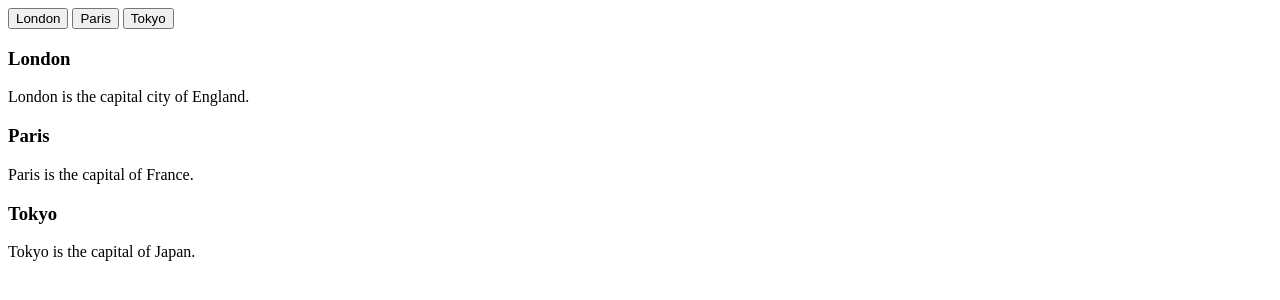
Repository: brandonhyc/note_collection
Page: 基础笔记/HTML_CSS_JS/Examples/inheritanceComponent/index.html
These files come from the project's save history. The page is drawn as it stood at one moment and after the next save; the edit follows.
The browser window is 1280 px wide. The pictures show the whole page.
After loading, the first visible `div.tab` was clicked once.

Above is the page before, as saved 2019-02-15 01:14:36.
Console error: TypeError: Cannot read properties of undefined (reading 'style')

After the next save:
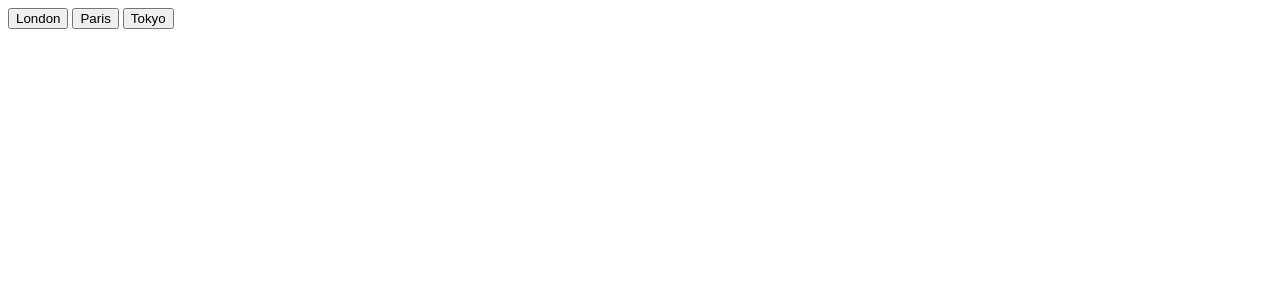
Saved 25 s later.
--- a/基础笔记/HTML_CSS_JS/Examples/inheritanceComponent/inheritanceComponent.js
+++ b/基础笔记/HTML_CSS_JS/Examples/inheritanceComponent/inheritanceComponent.js
@@ -21,7 +21,7 @@ class tabSwitcher {
 
     switchTab(event) {
         let index = event.target.value;
-        let tabs = this.parentElement.querySelector(".container div");
+        let tabs = this.parentElement.querySelectorAll(".container div");
         // stop papergate
 
         // close previous tab
